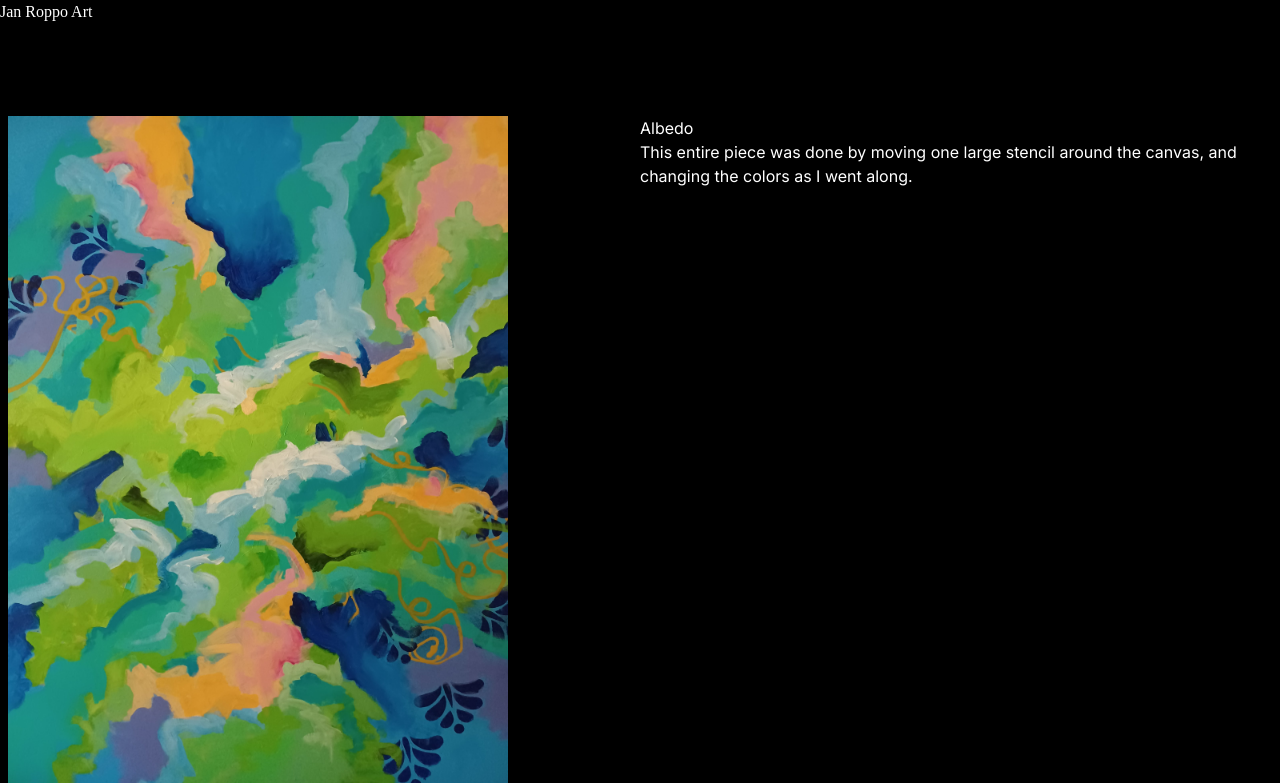
Repository: YanceMcFinn/JRArt
Page: /works/albedo
These files come from the project's save history. The page is drawn as it stood at one moment and after the next save; the edit follows.
The browser window is 1280 px wide. The pictures show the whole page.
The project was rebuilt for these pictures with package versions that can differ from the ones it lists, and the page was loaded fresh each time. The framework's server and built-in components were replaced by stand-ins that run in the browser. Also part of the build but not shown: next.config.js.

Above is the page before, as saved 2023-10-08 15:52:05.

After the next save:
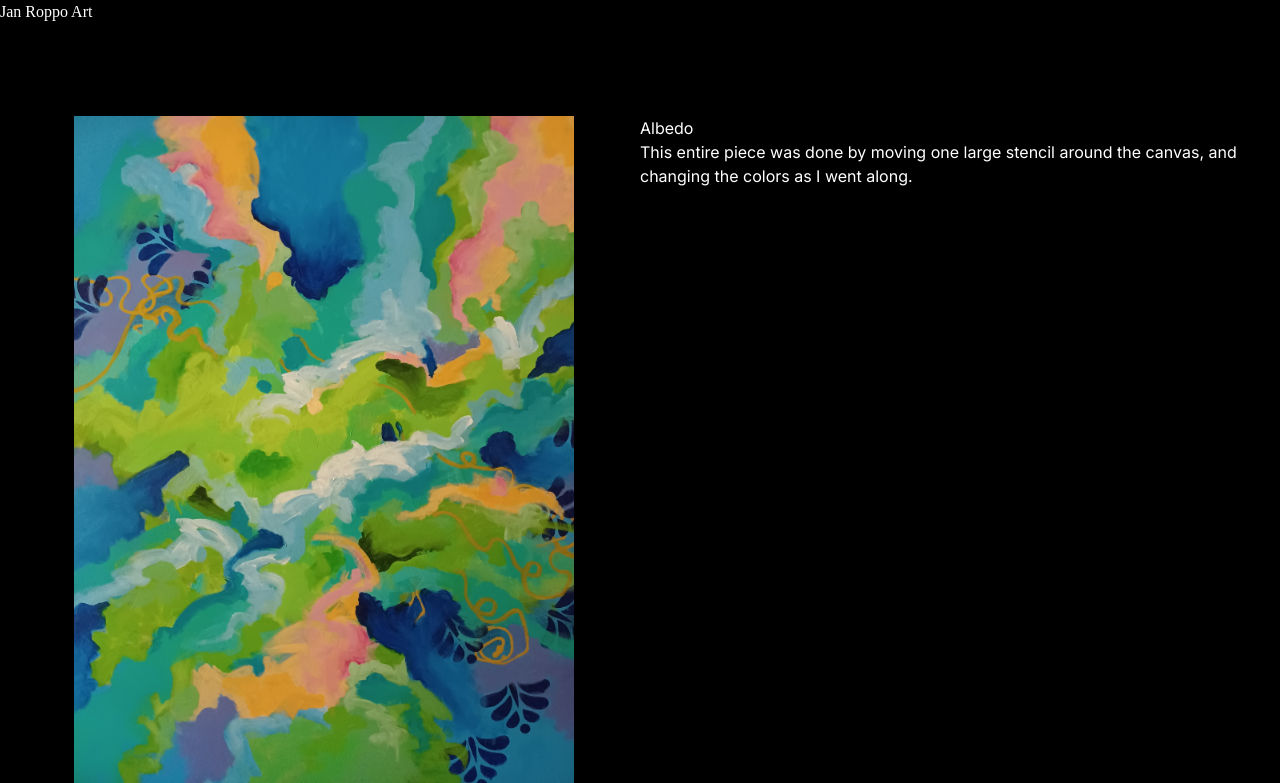
Saved 44 s later.
--- a/app/works/[title]/page.js
+++ b/app/works/[title]/page.js
@@ -17,7 +17,7 @@
   const piece = getPiece(params)
   return(
     <div className="flex flex-row px-2 mt-5">
-      <div className="basis-1/2 justify-self-center">
+      <div className="basis-1/2 justify-items-center">
         <Image src={`/${piece.title.replaceAll(" ", "_")}.jpg`}
 
           width={500}

After the save that followed:
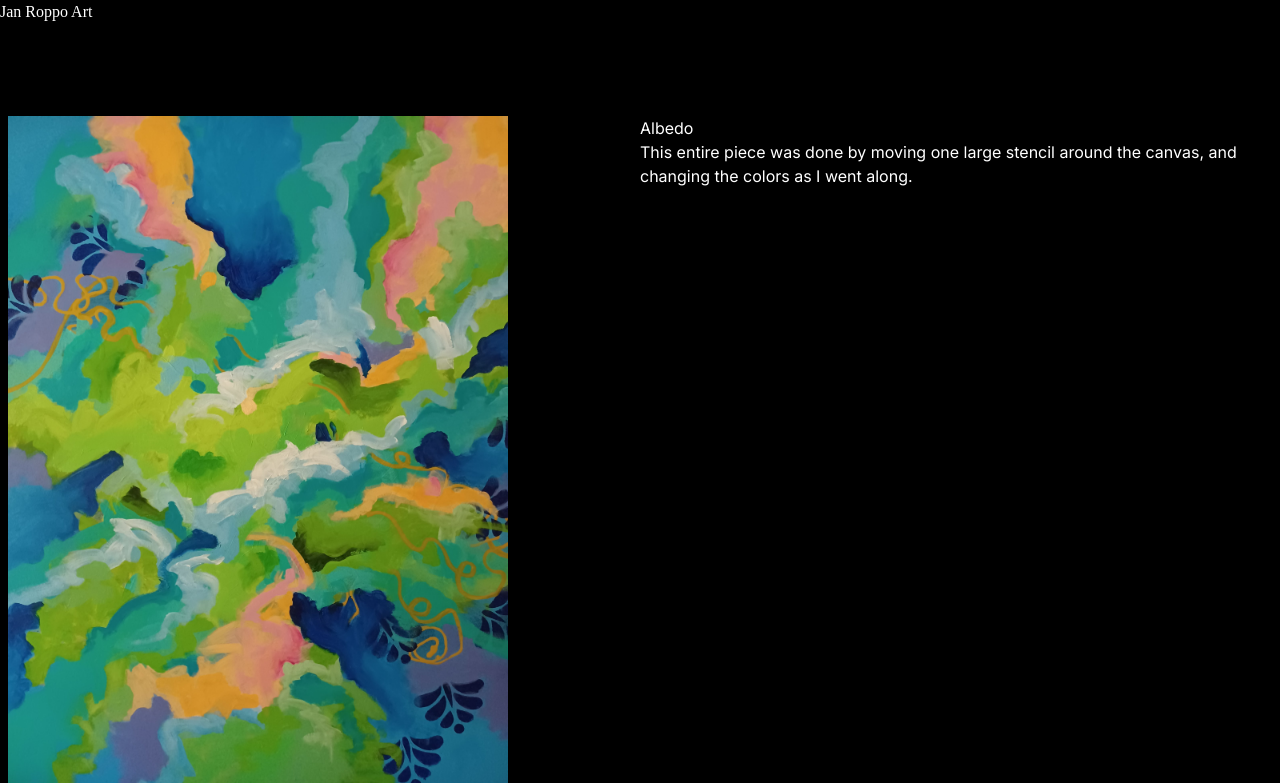
Saved 14 s later.
--- a/app/works/[title]/page.js
+++ b/app/works/[title]/page.js
@@ -17,7 +17,7 @@
   const piece = getPiece(params)
   return(
     <div className="flex flex-row px-2 mt-5">
-      <div className="basis-1/2 justify-items-center">
+      <div className="basis-1/2 align-items-center">
         <Image src={`/${piece.title.replaceAll(" ", "_")}.jpg`}
 
           width={500}
